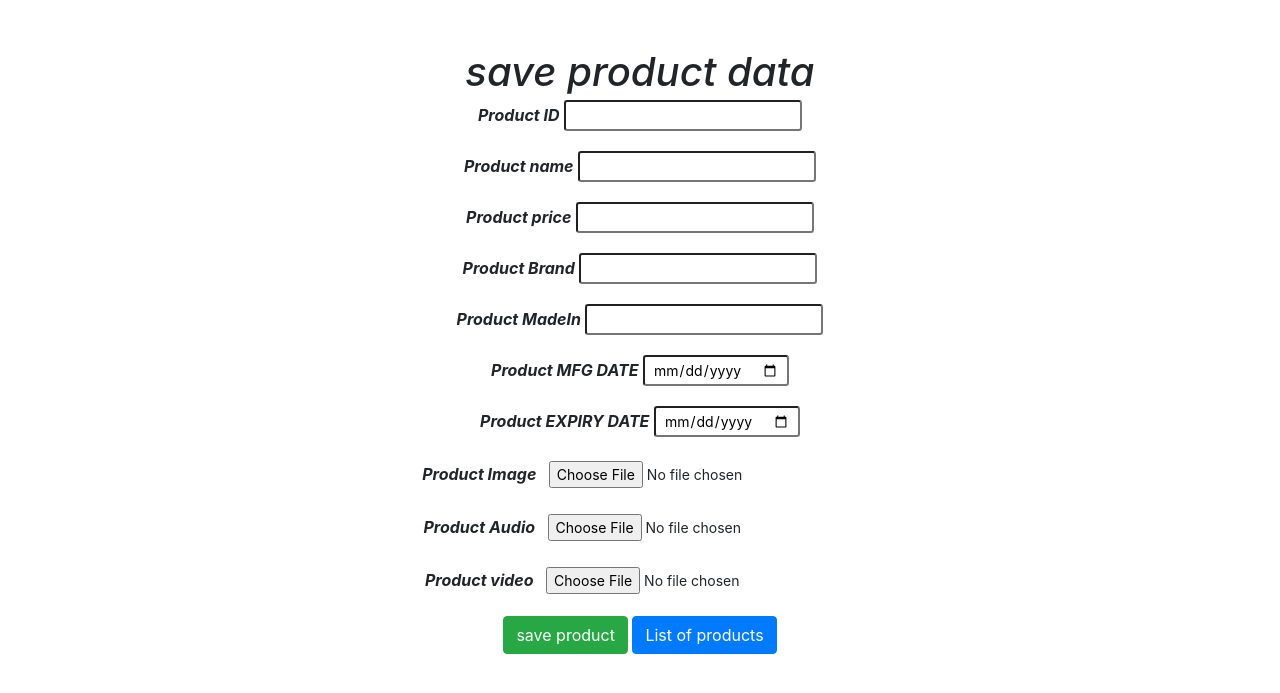
Repository: gunttyrakesh0/advprogm
Page: ProductManagement/src/main/webapp/add-product.html
An editor plug-in stored every save of this project. The page is shown before and after the next save, followed by the edit.
The browser window is 1280 px wide. The pictures show the whole page.

Above is the page before, as saved 2024-03-11 09:30:36.

### ProductManagement/src/main/webapp/add-product.html
<title>Add product</title>
<!--Bootstrap CDN link to get the support of Bootstrap -->
<link rel="stylesheet" href="https://stackpath.bootstrapcdn.com/bootstrap/4.5.2/css/bootstrap.min.css">

	<script src="formvalidation.js"></script>

</head>
<body>
	<div class="container mt-5 text-center">
		<h1 class="text-center font-italic mb-1">save product data</h1>
		<form method="post" action="./AddproductServlet" enctype="multipart/form-data" onsubmit="return validateform()">

			<div class="form-group">
    		<label class="font-italic font-weight-bold" for="prodId">Product ID</label>
    		<input type="text" class="form-control-sm" id="prodId" name="proId" required>
			</div>

			<div class="form-group">
				<label class="font-italic font-weight-bold"
					for="proname">Product name</label>
				<input type="text" class="form-control-sm" id="prodname"
					name="proname" required>
			</div>

			<div class="form-group">
				<label class="font-italic font-weight-bold"
					for="proprice">Product price</label>
				<input type="text" class="form-control-sm" id="prodprice"
					name="proprice" required>
			</div>

			<div class="form-group">
				<label class="font-italic font-weight-bold"
					for="probrand">Product Brand</label>
				<input type="text" class="form-control-sm" id="prodbrand"
					name="probrand" required>
			</div>
			<div class="form-group">
				<label class="font-italic font-weight-bold"
					for="promadein">Product MadeIn</label>
				<input type="text" class="form-control-sm" id="promadein"
					name="promadein" required>
			</div>
			<div class="form-group">
				<label class="font-italic font-weight-bold"
					for="promfg">Product MFG DATE</label>
				<input type="date" class="form-control-sm" id="promfg"
					name="promfg" required>
			</div>

			<div class="form-group">
				<label class="font-italic font-weight-bold"
					for="proexpy">Product EXPIRY DATE</label>
				<input type="date" class="form-control-sm" id="proexpy"
					name="proexpy" required>
			</div>

			<div class="form-group">
				<label class="font-italic font-weight-bold"
					for="proimage">Product Image</label>
				<input type="file" class="form-control-sm" id="proimage"
					name="proimage" accept="image/*" required>
			</div>


			<div class="form-group">
				<label class="font-italic font-weight-bold"
					for="proAudio">Product Audio</label>
				<input type="file" class="form-control-sm" id="proAudio"
					name="proAudio"   accept="audio*/" required>
			</div>

			 <div class="form-group">
				<label class="font-italic font-weight-bold"
					for="provideo">Product video</label>
				<input type="file" class="form-control-sm" id="provideo"
					name="provideo"   accept="audio*/" required>
			</div>

			<div>
				<input type="submit" class="btn btn-success" value="save product"/>
				<a href="productList.jsp" class="btn btn-primary">List of products</a>
			</div>

		</form>
	</div>

</body>
</html>

### ProductManagement/src/main/webapp/formvalidation.js
function validateform(){
	let ProId=document.getElementById("prodId").value;
	let ProName=document.getElementById("prodname").value;
	let ProPrice=document.getElementById("prodprice").value;
	let ProBrand=document.getElementById("prodbrand").value;
	let ProMadein=document.getElementById("promadein").value;

	if(ProId.trim() === "" ||ProName.trim() === "" ||ProPrice.trim() === "" ||
	ProBrand.trim() === "" ||ProMadein.trim() === ""){
		alert("All fields must be filled out");
		return false;
	}
	if(parseFloat(ProPrice)<0){
		alert("pro price must be non-negative value")
		return false;
	}
	if(ProName.length > 50 ||ProBrand > 50){
		alert("product name and product brand must be less than 50 characters")
		return false;
	}

	//get the mfg & exp dates
	var prodmfDate=document.getElementById("promfg").value;
	var prodExpDate=document.getElementById("proexpy").value;

	//convert into date format
	var manufacturingDateobj = new Date(prodmfDate);
	var expiryDateobj=new Date(prodExpDate);

	//check the validating of dates
	 if(manufacturingDateobj>expiryDateobj){
		 alert("manufacturing date cannot be greater than expiry date");
		 return false;
	 }
	return true;
}

After the next save:
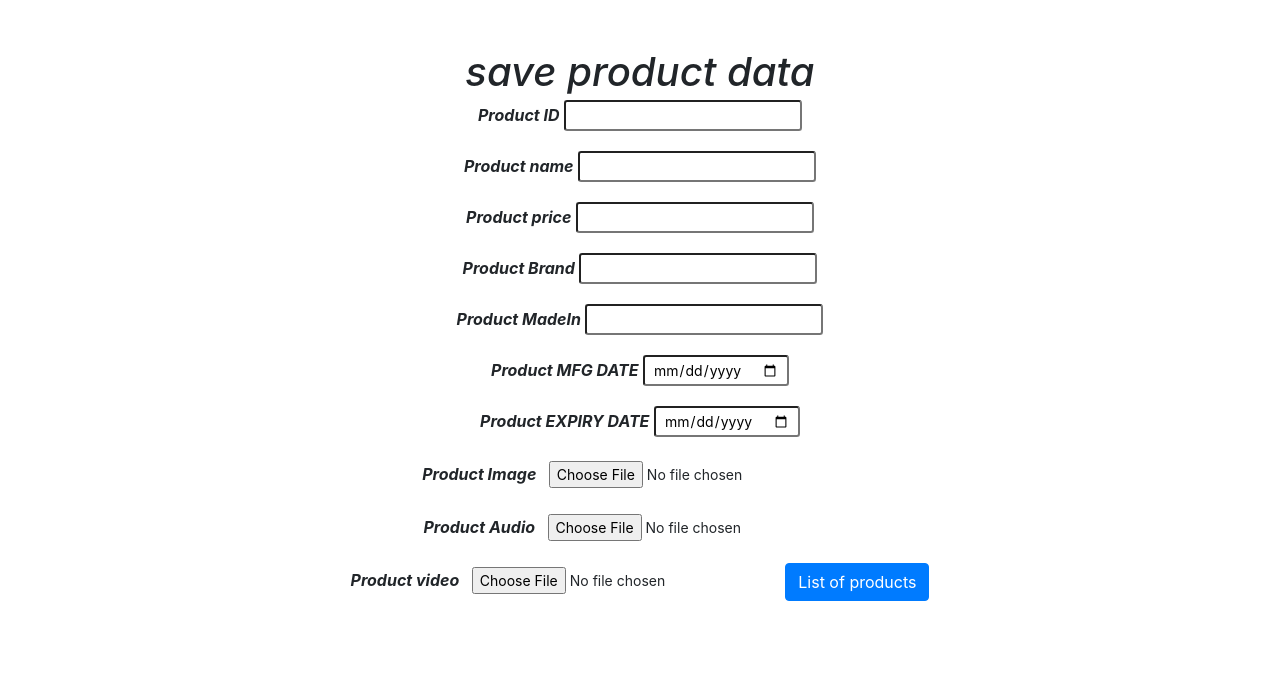
Saved 107 s later.
--- a/ProductManagement/src/main/webapp/add-product.html
+++ b/ProductManagement/src/main/webapp/add-product.html
@@ -67,14 +67,14 @@
 				<label class="font-italic font-weight-bold"
 					for="proAudio">Product Audio</label>
 				<input type="file" class="form-control-sm" id="proAudio"
-					name="proAudio"   accept="audio*/" required>
+					name="proAudio"   accept="audio/*" required>
 			</div>
 
 			 <div class="form-group">
 				<label class="font-italic font-weight-bold"
 					for="provideo">Product video</label>
 				<input type="file" class="form-control-sm" id="provideo"
-					name="provideo"   accept="audio*/" required>
+					name="provideo"   accept="video/* required>
 			</div>
 
 			<div>

After the save that followed:
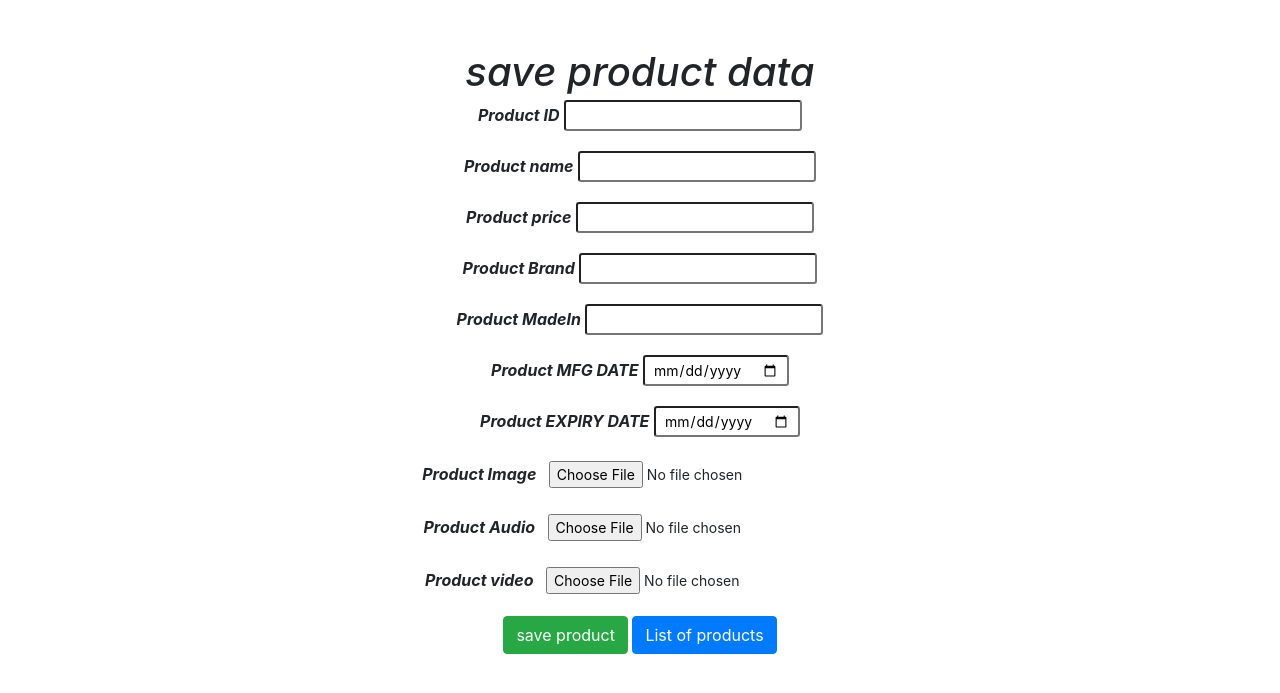
Saved 7 s later.
--- a/ProductManagement/src/main/webapp/add-product.html
+++ b/ProductManagement/src/main/webapp/add-product.html
@@ -74,7 +74,7 @@
 				<label class="font-italic font-weight-bold"
 					for="provideo">Product video</label>
 				<input type="file" class="form-control-sm" id="provideo"
-					name="provideo"   accept="video/* required>
+					name="provideo"   accept="video/*" required>
 			</div>
 
 			<div>
